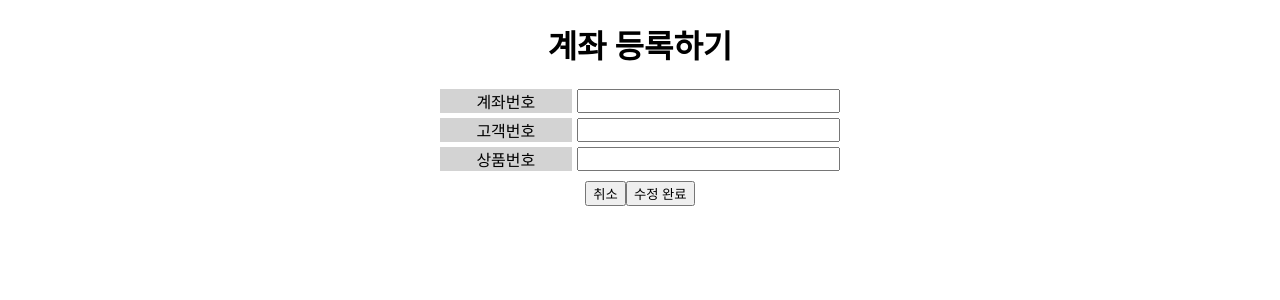
Repository: pvntlc/D-IT-Tech-Internship
Page: http://localhost/Day4/modify.jsp
An editor plug-in stored every save of this project. The page is shown before and after the next save, followed by the edit.
The browser window is 1280 px wide. The pictures show the whole page.
The page is served by Tomcat 9.

Above is the page before, as saved 2023-09-14 03:31:08.

After the next save:
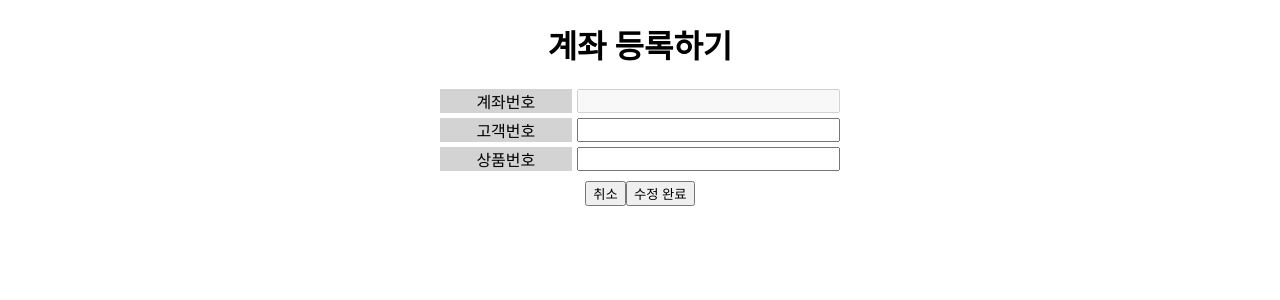
Saved 49 s later.
--- a/Servlet_JSP/Day4/src/main/webapp/modify.jsp
+++ b/Servlet_JSP/Day4/src/main/webapp/modify.jsp
@@ -36,7 +36,8 @@ label {
 	<H1>계좌 등록하기</H1>
 	<form method="POST" action="AccountServlet?action=MODIFYSAVE">
 		<div id="container">
-			<label for="aseq">계좌번호</label><input type="text" id="aseq" name="aseq" required />
+			<label for="aseq">계좌번호</label><input type="text" id="aseq" name="aseq" disabled="disabled" />
+			<input type="hidden" id="aseq" name="aseq" value="${aseq}">
 			<label for="cseq">고객번호</label><input type="text" id="cseq" name="cseq" required />
 			<label for="pseq">상품번호</label><input type="text" id="pseq" name="pseq" required />
 			</div>
